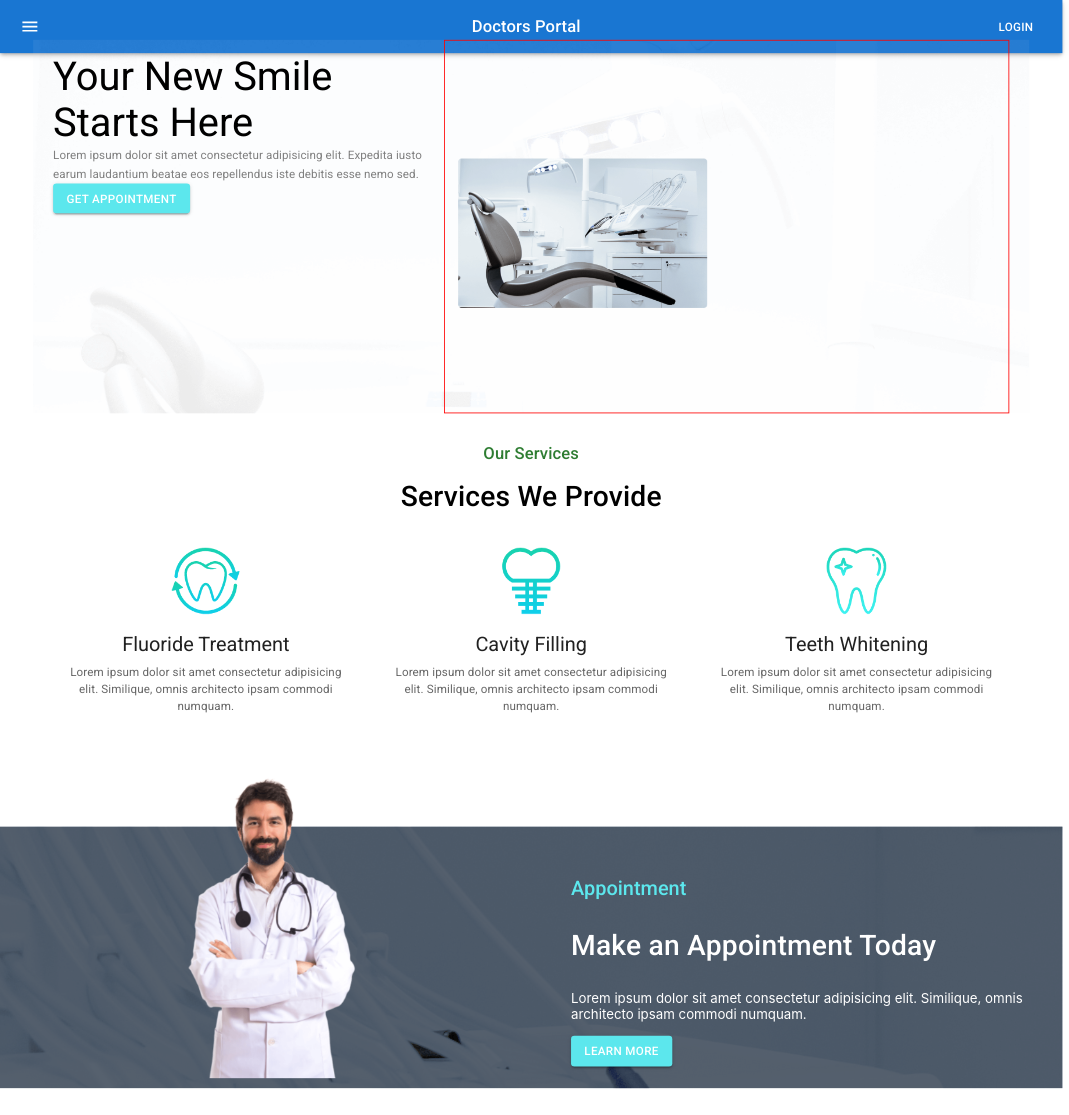
Repository: Sharif-00112/doctors-portal-client
Page: /
These files come from the project's save history. The page is drawn as it stood at one moment and after the next save; the edit follows.
The browser window is 1280 px wide. The page is 1288 px wide, so the pictures cover 1288 px, including what lies to the right of the window. The pictures show the whole page, at 83% of full size.
The project was rebuilt for these pictures with package versions that can differ from the ones it lists, and the page was loaded fresh each time.

Above is the page before, as saved 2022-11-01 22:35:44.

### public/index.html
<!DOCTYPE html>
<html lang="en">
  <head>
    <meta charset="utf-8" />
    <link rel="icon" href="%PUBLIC_URL%/favicon.ico" />
    <meta name="viewport" content="width=device-width, initial-scale=1" />
    <meta name="theme-color" content="#000000" />
    <meta
      name="description"
      content="Web site created using create-react-app"
    />
    <link
      rel="stylesheet" href="https://fonts.googleapis.com/css?family=Roboto:300,400,500,700&display=swap"
    />

    <link rel="apple-touch-icon" href="%PUBLIC_URL%/logo192.png" />
    <!--
      manifest.json provides metadata used when your web app is installed on a
      user's mobile device or desktop. See https://developers.google.com/web/fundamentals/web-app-manifest/
    -->
    <link rel="manifest" href="%PUBLIC_URL%/manifest.json" />
    <!--
      Notice the use of %PUBLIC_URL% in the tags above.
      It will be replaced with the URL of the `public` folder during the build.
      Only files inside the `public` folder can be referenced from the HTML.

      Unlike "/favicon.ico" or "favicon.ico", "%PUBLIC_URL%/favicon.ico" will
      work correctly both with client-side routing and a non-root public URL.
      Learn how to configure a non-root public URL by running `npm run build`.
    -->
    <title>React App</title>
  </head>
  <body>
    <noscript>You need to enable JavaScript to run this app.</noscript>
    <div id="root"></div>
    <!--
      This HTML file is a template.
      If you open it directly in the browser, you will see an empty page.

      You can add webfonts, meta tags, or analytics to this file.
      The build step will place the bundled scripts into the <body> tag.

      To begin the development, run `npm start` or `yarn start`.
      To create a production bundle, use `npm run build` or `yarn build`.
    -->
  </body>
</html>

### src/App.js
import './App.css';
import { BrowserRouter as Router, Route, Routes} from 'react-router-dom';
import Home from './Pages/Home/Home/Home';

function App() {
  return (
    <div className="App">
      <Router>
        {/* <Header></Header> */}
        <Routes>
          <Route exact path = '/' element={<Home/>}/>
          <Route exact path = '/home' element={<Home/>}/>
          <Route exact path = '*' element={<Home/>}/>
        </Routes>
        {/* <Footer></Footer> */}
      </Router>
    </div>
  );
}

export default App;

### src/Pages/Home/Home/Home.js
import React from 'react';
import Navigation from '../../Shared/Navigation/Navigation';
import AppointmentBanner from '../AppointmentBanner/AppointmentBanner';
import Banner from '../Banner/Banner';
import Services from '../Services/Services';

const Home = () => {
    return (
        <div>
            {/* <h2>This is Home</h2> */}
            <Navigation></Navigation>
            <Banner></Banner>
            <Services></Services>
            <AppointmentBanner></AppointmentBanner>
        </div>
    );
};

export default Home;

### src/Pages/Shared/Navigation/Navigation.js
import React from 'react';
import AppBar from '@mui/material/AppBar';
import Box from '@mui/material/Box';
import Toolbar from '@mui/material/Toolbar';
import Typography from '@mui/material/Typography';
import Button from '@mui/material/Button';
import IconButton from '@mui/material/IconButton';
import MenuIcon from '@mui/icons-material/Menu';

const Navigation = () => {
    return (
        <div>
            <Box sx={{ flexGrow: 1 }}>
                <AppBar position="static">
                    <Toolbar>
                        <IconButton
                            size="large"
                            edge="start"
                            color="inherit"
                            aria-label="menu"
                            sx={{ mr: 2 }}
                        >
                            <MenuIcon />
                        </IconButton>
                        <Typography variant="h6" component="div" sx={{ flexGrow: 1 }}>
                            Doctors Portal
                        </Typography>
                        <Button color="inherit">Login</Button>
                    </Toolbar>
                </AppBar>
            </Box>
        </div>
    );
};

export default Navigation;

### src/Pages/Home/AppointmentBanner/AppointmentBanner.js
import React from 'react';
import Box from '@mui/material/Box';
import Grid from '@mui/material/Unstable_Grid2';
import Typography from '@mui/material/Typography';

import doctor from '../../../images/images/doctor.png'
import bg from '../../../images/images/appointment-bg.png'
import { Button } from '@mui/material';

const appointmentBanner = {
    background: `url(${bg})`,
    marginTop: 100,
    backgroundColor: 'rgba(45, 58, 74, 0.8)',
    backgroundBlendMode: 'darken, luminosity'
}

const AppointmentBanner = () => {
    return (
        <div>
            <Box style={appointmentBanner} sx={{ flexGrow: 1, mb:5 }}>
                <Grid container spacing={2}>
                    <Grid xs={12} md={6}>
                        <img
                           style={{width: 400, marginTop: '-105px' }}
                        src={doctor} alt="" />
                    </Grid>

                    <Grid xs={12} md={6} sx={{
                        display: 'flex',
                        justifyContent: 'flex-start',
                        textAlign: 'left',
                        alignItems: 'center'
                        }}>
                        <Box sx={{pl: 5}}>
                            <Typography sx={{ mb: 2, mt: 4, fontWeight: 500 }} style={{color: '#5CE7ED'}} variant="h5" component="div">
                                Appointment
                            </Typography>
                            <Typography sx={{ mb: 2, mt: 4, fontWeight: 500 }} style={{color: 'white'}} variant="h4" component="div">
                                Make an Appointment Today
                            </Typography>
                            <Typography sx={{ mb: 2, mt: 4 }} style={{color: 'white'}} variant="" component="div">
                                Lorem ipsum dolor sit amet consectetur adipisicing elit. Similique, omnis architecto ipsam commodi numquam.
                            </Typography>
                            <Button variant="contained" style={{backgroundColor: '#5CE7ED'}}>Learn More</Button>
                        </Box>
                    </Grid>
                </Grid>
            </Box>
        </div>
    );
};

export default AppointmentBanner;

### src/Pages/Home/Banner/Banner.js
import React from 'react';
import Grid from '@mui/material/Grid';
import Typography from '@mui/material/Typography';
import { Button, Container } from '@mui/material';

import chair from '../../../images/images/chair.png'
import bnBg from '../../../images/images/bg.png'

const bannerBg = {
    background: `url(${bnBg})`
}

const verticalCenter = {
    display: 'flex',
    alignItems: 'center',
    border: '1px solid red',
    height: 450
}

const Banner = () => {
    return (
        <div>
            <Container style={bannerBg} sx={{ flexGrow: 1 }}>
                <Grid container spacing={2}>
                    <Grid item style={{textAlign: 'left'}} xs={12} md={5}>
                        <Typography sx={{ }} style={{color: 'black'}} variant="h3" component="div">
                            Your New Smile <br />
                            Starts Here
                        </Typography>
                        <Typography sx={{ fontSize: 14, fontWeight: 400, color: 'gray'}} variant="h6" component="div">
                            Lorem ipsum dolor sit amet consectetur adipisicing elit. Expedita iusto earum laudantium beatae eos repellendus iste debitis esse nemo sed.
                        </Typography>
                        <Button variant="contained" style={{backgroundColor: '#5CE7ED'}}>Get Appointment</Button>
                    </Grid>
                    <Grid item xs={12} md={7} style={verticalCenter}>
                        <img style={{ width: '300px'}} src={chair} alt="" />
                    </Grid>
                </Grid>
            </Container>
        </div>
    );
};

export default Banner;

### src/Pages/Home/Services/Services.js
import React from 'react';
import Box from '@mui/material/Box';
import Grid from '@mui/material/Unstable_Grid2';
import Typography from '@mui/material/Typography';
import { Container } from '@mui/material';
import Service from '../Service/Service';

import fluoride from '../../../images/images/fluoride.png';
import cavity from '../../../images/images/cavity.png'
import whitening from '../../../images/images/whitening.png'

const services = [
    {
        name: 'Fluoride Treatment',
        description: 'Lorem ipsum dolor sit amet consectetur adipisicing elit. Similique, omnis architecto ipsam commodi numquam.',
        img: fluoride
    },
    {
        name: 'Cavity Filling',
        description: 'Lorem ipsum dolor sit amet consectetur adipisicing elit. Similique, omnis architecto ipsam commodi numquam.',
        img: cavity
    },
    {
        name: 'Teeth Whitening',
        description: 'Lorem ipsum dolor sit amet consectetur adipisicing elit. Similique, omnis architecto ipsam commodi numquam.',
        img: whitening
    }
]

const Services = () => {
    return (
        <div>
            <Box sx={{ flexGrow: 1 }}>
                <Container>
                    <Typography sx={{ mb: 2, mt: 4, fontWeight: 500, color: 'success.main' }} variant="h6" component="div">
                        Our Services
                    </Typography>
                    <Typography sx={{ mb: 3, fontWeight: 500 }} variant="h4" component="div">
                        Services We Provide
                    </Typography>

                    <Grid container spacing={{ xs: 2, md: 3 }} columns={{ xs: 4, sm: 8, md: 12 }}>
                        {
                            services.map(service => (
                                <Grid xs={2} sm={4} md={4} key={service.name}>
                                <Service
                                    key = {service.name}
                                    service = {service}
                                ></Service>
                            </Grid>
                            ))
                        }
                    </Grid>
                </Container>
            </Box>
        </div>
    );
};

export default Services;

### src/Pages/Home/Service/Service.js
import React from 'react';
import Card from '@mui/material/Card';
// import CardActions from '@mui/material/CardActions';
import CardContent from '@mui/material/CardContent';
// import Button from '@mui/material/Button';
import Typography from '@mui/material/Typography';
import CardMedia from '@mui/material/CardMedia';

const Service = (props) => {
    const {name, description, img} = props.service
    return (
        <div>
            <Card sx={{ minWidth: 275, border: 0, boxShadow: 0, mt: 1.5 }}>
                <CardMedia
                    component="img"
                    style={{width: 'auto', height: '80px', margin: '4px auto'}}
                    image={img}
                    alt={name}
                />
                <CardContent>
                    <Typography sx={{ mb: 1 }} variant="h5" component="div">
                        {name}
                    </Typography>
                    <Typography sx={{ mb: 1.5 }} variant="body2" color="text.secondary">
                        {description}
                    </Typography>
                </CardContent>
                {/* <CardActions>
                    <Button size="small">Learn More</Button>
                </CardActions> */}
            </Card>
        </div>
    );
};

export default Service;

Loaded but not shown: src/index.js (common file); src/index.css (common file); src/reportWebVitals.js (common file); src/App.css (common file)

After the next save:
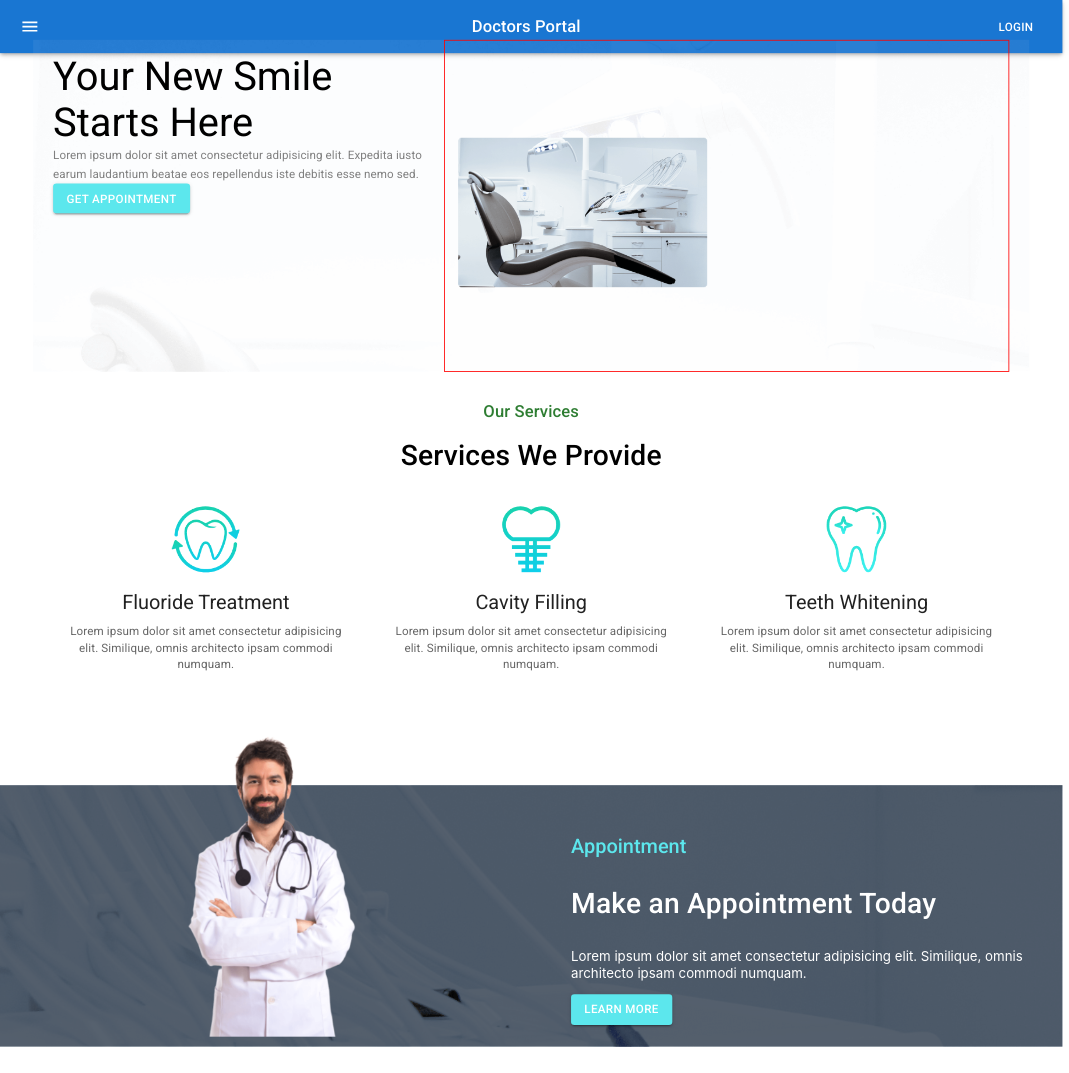
Saved 20 s later.
--- a/src/Pages/Home/Banner/Banner.js
+++ b/src/Pages/Home/Banner/Banner.js
@@ -14,7 +14,7 @@ const verticalCenter = {
     display: 'flex',
     alignItems: 'center',
     border: '1px solid red',
-    height: 450
+    height: 400
 }
 
 const Banner = () => {
